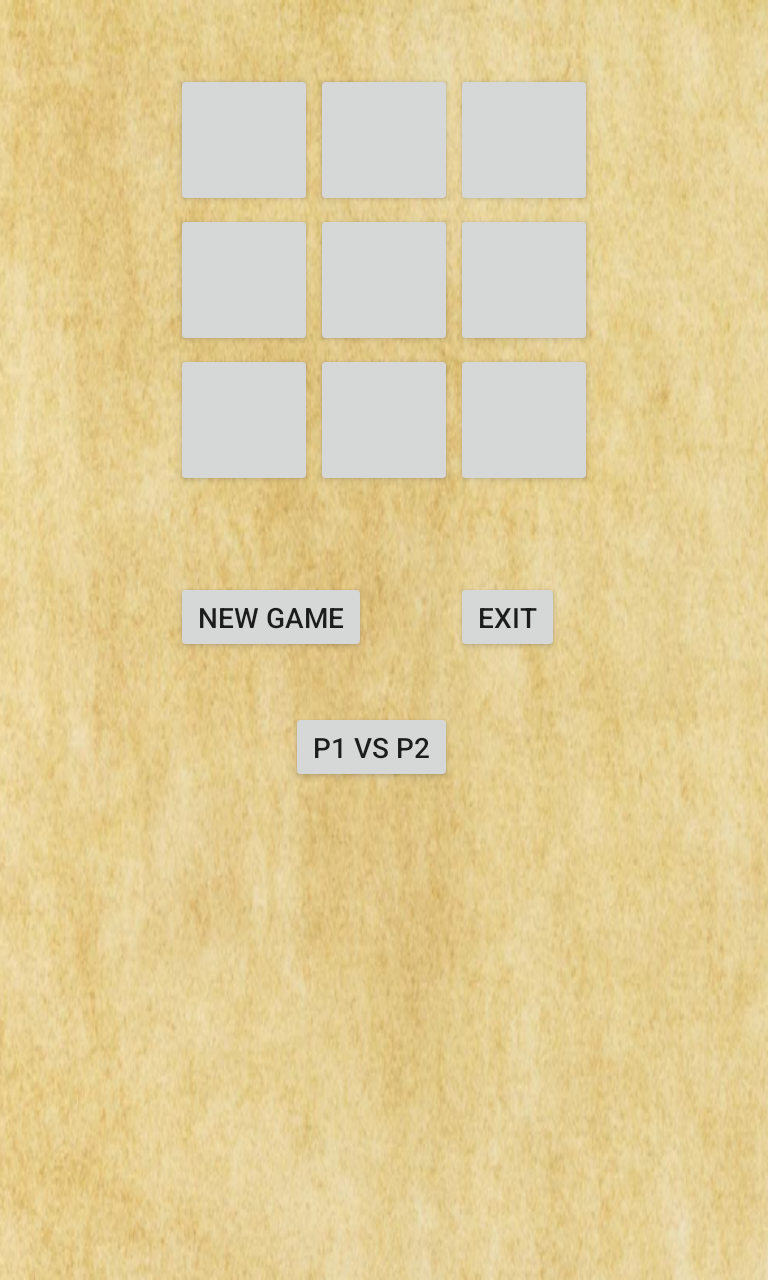
Repository: dtakiy/jogovelha
Layout: games/res/layout/activity_main.xml
An editor plug-in stored every save of this project. The layout is shown before and after the next save, followed by the edit.
It is drawn on a 768 x 1280 px phone screen (xhdpi) without system bars, with theme AppTheme; the app's code is not run.

Above is the layout before, as saved 2014-09-18 01:10:27.

### games/res/layout/activity_main.xml
<RelativeLayout xmlns:android="http://schemas.android.com/apk/res/android"
    xmlns:tools="http://schemas.android.com/tools"
    android:layout_width="fill_parent"
    android:layout_height="fill_parent"
    android:background="@drawable/background"
    android:paddingBottom="@dimen/activity_vertical_margin"
    android:paddingLeft="@dimen/activity_horizontal_margin"
    android:paddingRight="@dimen/activity_horizontal_margin"
    android:paddingTop="@dimen/activity_vertical_margin"
    tools:context="com.example.games.MainActivity" >


	<Button
	    android:id="@+id/quadrado6"
	    android:layout_width="wrap_content"
	    android:layout_height="wrap_content"
	    android:layout_alignBaseline="@+id/quadrado5"
	    android:layout_alignBottom="@+id/quadrado5"
	    android:layout_toRightOf="@+id/quadrado5"
	    android:minHeight="70dip"
	    android:minWidth="70dip" />

	<Button
	    android:id="@+id/quadrado8"
	    android:layout_width="wrap_content"
	    android:layout_height="wrap_content"
	    android:layout_alignBaseline="@+id/quadrado7"
	    android:layout_alignBottom="@+id/quadrado7"
	    android:layout_toRightOf="@+id/quadrado4"
	    android:minHeight="70dip"
	    android:minWidth="70dip" />

	<Button
	    android:id="@+id/quadrado3"
	    android:layout_width="wrap_content"
	    android:layout_height="wrap_content"
	    android:layout_alignLeft="@+id/quadrado9"
	    android:layout_below="@+id/quadrado5"
	    android:minHeight="70dip"
	    android:minWidth="70dip" />

	<Button
	    android:id="@+id/quadrado5"
	    android:layout_width="wrap_content"
	    android:layout_height="wrap_content"
	    android:layout_below="@+id/quadrado1"
	    android:layout_toRightOf="@+id/quadrado1"
	    android:minHeight="70dip"
	    android:minWidth="70dip" />

	<Button
	    android:id="@+id/quadrado2"
	    android:layout_width="wrap_content"
	    android:layout_height="wrap_content"
	    android:layout_alignBaseline="@+id/quadrado9"
	    android:layout_alignBottom="@+id/quadrado9"
	    android:layout_centerHorizontal="true"
	    android:minHeight="70dip"
	    android:minWidth="70dip" />

	<Button
	    android:id="@+id/quadrado1"
	    android:layout_width="wrap_content"
	    android:layout_height="wrap_content"
	    android:layout_alignBaseline="@+id/quadrado2"
	    android:layout_alignBottom="@+id/quadrado2"
	    android:layout_toLeftOf="@+id/quadrado2"
	    android:minHeight="70dip"
	    android:minWidth="70dip" />

	<Button
	    android:id="@+id/quadrado9"
	    android:layout_width="wrap_content"
	    android:layout_height="wrap_content"
	    android:layout_alignTop="@+id/camporesultado"
	    android:layout_marginTop="19dp"
	    android:layout_toRightOf="@+id/quadrado2"
	    android:minHeight="70dip"
	    android:minWidth="70dip" />

	<Button
	    android:id="@+id/quadrado4"
	    android:layout_width="wrap_content"
	    android:layout_height="wrap_content"
	    android:layout_above="@+id/quadrado3"
	    android:layout_toLeftOf="@+id/quadrado5"
	    android:minHeight="70dip"
	    android:minWidth="70dip" />

	<Button
	    android:id="@+id/quadrado7"
	    android:layout_width="wrap_content"
	    android:layout_height="wrap_content"
	    android:layout_alignBaseline="@+id/quadrado3"
	    android:layout_alignBottom="@+id/quadrado3"
	    android:layout_toLeftOf="@+id/quadrado8"
	    android:minHeight="70dip"
	    android:minWidth="70dip" />

		<Button
		    android:id="@+id/newgame"
		    android:layout_width="wrap_content"
		    android:layout_height="wrap_content"
		    android:layout_alignBaseline="@+id/sair"
		    android:layout_alignBottom="@+id/sair"
		    android:layout_alignLeft="@+id/quadrado7"
		    android:minHeight="20dip"
		    android:minWidth="20dip"
		    android:text="@string/newgame" />

		<Button
		    android:id="@+id/sair"
		    android:layout_width="wrap_content"
		    android:layout_height="wrap_content"
		    android:layout_alignLeft="@+id/quadrado3"
		    android:layout_below="@+id/quadrado3"
		    android:layout_marginTop="44dp"
		    android:minHeight="20dip"
		    android:minWidth="20dip"
		    android:text="@string/sair" />

	  <Button
	      android:id="@+id/p1"
	      android:layout_width="wrap_content"
	      android:layout_height="wrap_content"
	      android:layout_below="@+id/newgame"
	      android:layout_marginTop="26dp"
	      android:layout_toLeftOf="@+id/sair"
	      android:minHeight="20dip"
	      android:minWidth="20dip"
	      android:text="@string/p1" />

</RelativeLayout>

### games/res/values/strings.xml
<?xml version="1.0" encoding="utf-8"?>
<resources>

    <string name="app_name">Tic Tac Game</string>
    <string name="hello_world">Welcome to Tic Tac Game</string>
    <string name="action_settings">Settings</string>
    <string name="sair">Exit</string>
    <string name="newgame">New Game</string>
    <string name="p1">P1 Vs P2</string>

</resources>

Loaded but not shown: games/res/values/styles.xml (common file); games/res/values-v11/styles.xml (common file); games/res/values-v14/styles.xml (common file); games/res/values/dimens.xml (common file); games/res/values-w820dp/dimens.xml (common file)

After the next save:
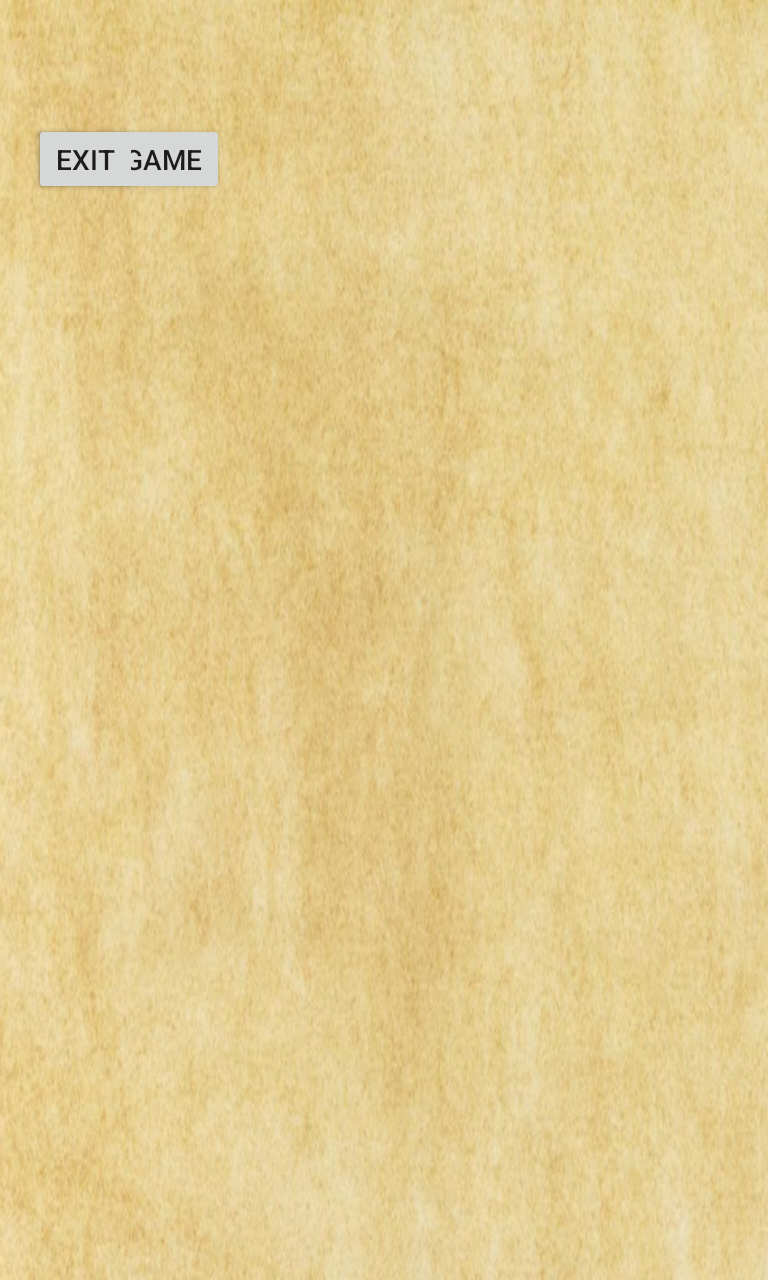
Saved 88 s later.
--- a/games/res/layout/activity_main.xml
+++ b/games/res/layout/activity_main.xml
@@ -8,94 +8,6 @@
     android:paddingRight="@dimen/activity_horizontal_margin"
     android:paddingTop="@dimen/activity_vertical_margin"
     tools:context="com.example.games.MainActivity" >
-
-
-	<Button
-	    android:id="@+id/quadrado6"
-	    android:layout_width="wrap_content"
-	    android:layout_height="wrap_content"
-	    android:layout_alignBaseline="@+id/quadrado5"
-	    android:layout_alignBottom="@+id/quadrado5"
-	    android:layout_toRightOf="@+id/quadrado5"
-	    android:minHeight="70dip"
-	    android:minWidth="70dip" />
-
-	<Button
-	    android:id="@+id/quadrado8"
-	    android:layout_width="wrap_content"
-	    android:layout_height="wrap_content"
-	    android:layout_alignBaseline="@+id/quadrado7"
-	    android:layout_alignBottom="@+id/quadrado7"
-	    android:layout_toRightOf="@+id/quadrado4"
-	    android:minHeight="70dip"
-	    android:minWidth="70dip" />
-
-	<Button
-	    android:id="@+id/quadrado3"
-	    android:layout_width="wrap_content"
-	    android:layout_height="wrap_content"
-	    android:layout_alignLeft="@+id/quadrado9"
-	    android:layout_below="@+id/quadrado5"
-	    android:minHeight="70dip"
-	    android:minWidth="70dip" />
-
-	<Button
-	    android:id="@+id/quadrado5"
-	    android:layout_width="wrap_content"
-	    android:layout_height="wrap_content"
-	    android:layout_below="@+id/quadrado1"
-	    android:layout_toRightOf="@+id/quadrado1"
-	    android:minHeight="70dip"
-	    android:minWidth="70dip" />
-
-	<Button
-	    android:id="@+id/quadrado2"
-	    android:layout_width="wrap_content"
-	    android:layout_height="wrap_content"
-	    android:layout_alignBaseline="@+id/quadrado9"
-	    android:layout_alignBottom="@+id/quadrado9"
-	    android:layout_centerHorizontal="true"
-	    android:minHeight="70dip"
-	    android:minWidth="70dip" />
-
-	<Button
-	    android:id="@+id/quadrado1"
-	    android:layout_width="wrap_content"
-	    android:layout_height="wrap_content"
-	    android:layout_alignBaseline="@+id/quadrado2"
-	    android:layout_alignBottom="@+id/quadrado2"
-	    android:layout_toLeftOf="@+id/quadrado2"
-	    android:minHeight="70dip"
-	    android:minWidth="70dip" />
-
-	<Button
-	    android:id="@+id/quadrado9"
-	    android:layout_width="wrap_content"
-	    android:layout_height="wrap_content"
-	    android:layout_alignTop="@+id/camporesultado"
-	    android:layout_marginTop="19dp"
-	    android:layout_toRightOf="@+id/quadrado2"
-	    android:minHeight="70dip"
-	    android:minWidth="70dip" />
-
-	<Button
-	    android:id="@+id/quadrado4"
-	    android:layout_width="wrap_content"
-	    android:layout_height="wrap_content"
-	    android:layout_above="@+id/quadrado3"
-	    android:layout_toLeftOf="@+id/quadrado5"
-	    android:minHeight="70dip"
-	    android:minWidth="70dip" />
-
-	<Button
-	    android:id="@+id/quadrado7"
-	    android:layout_width="wrap_content"
-	    android:layout_height="wrap_content"
-	    android:layout_alignBaseline="@+id/quadrado3"
-	    android:layout_alignBottom="@+id/quadrado3"
-	    android:layout_toLeftOf="@+id/quadrado8"
-	    android:minHeight="70dip"
-	    android:minWidth="70dip" />
 
 		<Button
 		    android:id="@+id/newgame"
